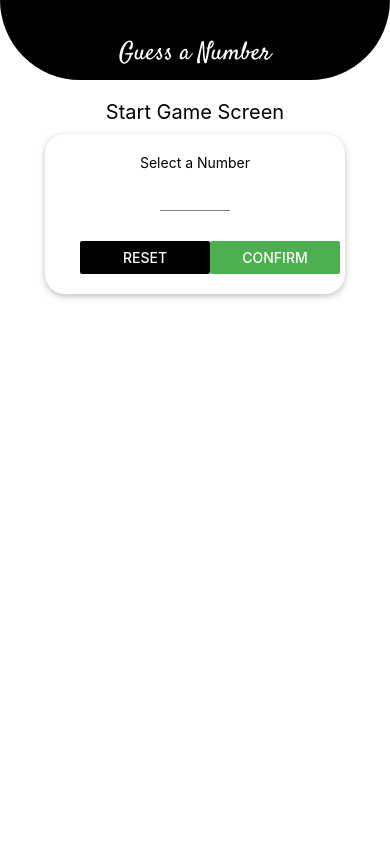
Repository: oguzhan18m/react-native-guess-number-game
Screen: /
These files come from the project's save history. The screen is drawn as it stood at one moment and after the next save; the edit follows.
The app was drawn by React Native's web renderer in a window 390 px wide. The project was rebuilt for these pictures with package versions that can differ from the ones it lists, and the page was loaded fresh each time. Some packages were replaced by stand-ins written for this rebuild. Also part of the build but not shown: screens/GameScreen.js, screens/GameOver.js.

Above is the screen before, as saved 2021-03-05 18:03:18.

After the next save:
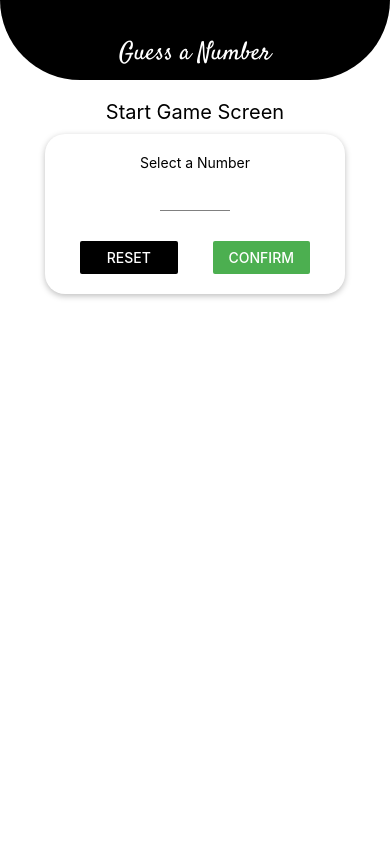
Saved 22 s later.
--- a/screens/StartGameScreen.js
+++ b/screens/StartGameScreen.js
@@ -15,7 +15,7 @@ const StartGameScreen = (props) => {
 
     useEffect(() => {
         const updateLayout =()=>{
-            setButtonWidth(Dimensions.get('window').width / 3);
+            setButtonWidth(Dimensions.get('window').width / 4);
         }
         Dimensions.addEventListener('change', updateLayout);
         return () => {
